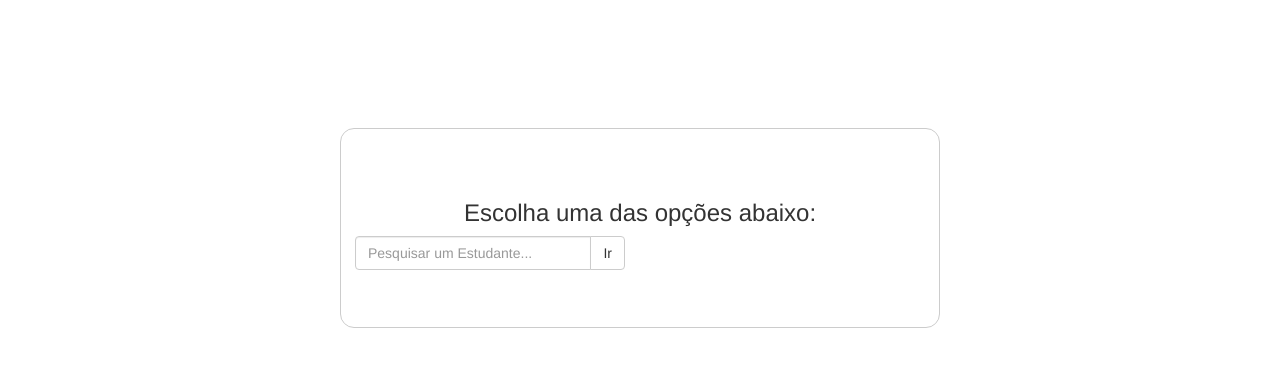
Repository: ipti/br.tag.webservice
Page: http://localhost/Restful-API-TAG/students.jsp
An editor plug-in stored every save of this project. The page is shown before and after the next save, followed by the edit.
The browser window is 1280 px wide. The pictures show the whole page.
The page is served by Tomcat 9.

Above is the page before, as saved 2016-04-27 13:55:36.

After the next save:
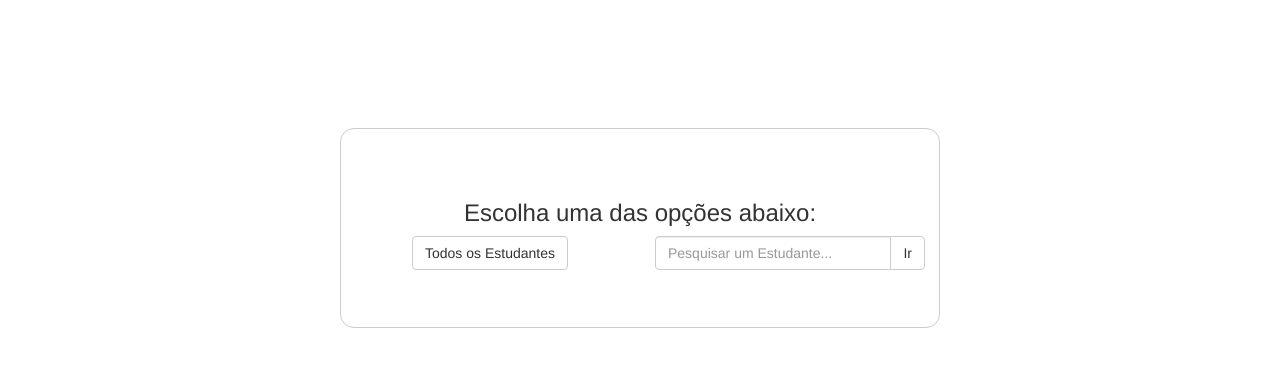
Saved 40 s later.
--- a/Restful-API-TAG/WebContent/students.jsp
+++ b/Restful-API-TAG/WebContent/students.jsp
@@ -15,6 +15,9 @@
 		<div class="btn-group-md text-center" role="group" aria-label="...">
 			<div class="row">
 				<div class="col-lg-6">
+					<a type="submit" class="btn btn-default" href="${pageContext.request.contextPath}/api/TagService/getStudents">Todos os Estudantes</a>
+				</div>
+				<div class="col-lg-6">
 					<div class="input-group">
 						<input type="text" class="form-control" placeholder="Pesquisar um Estudante...">
 						<span class="input-group-btn">
